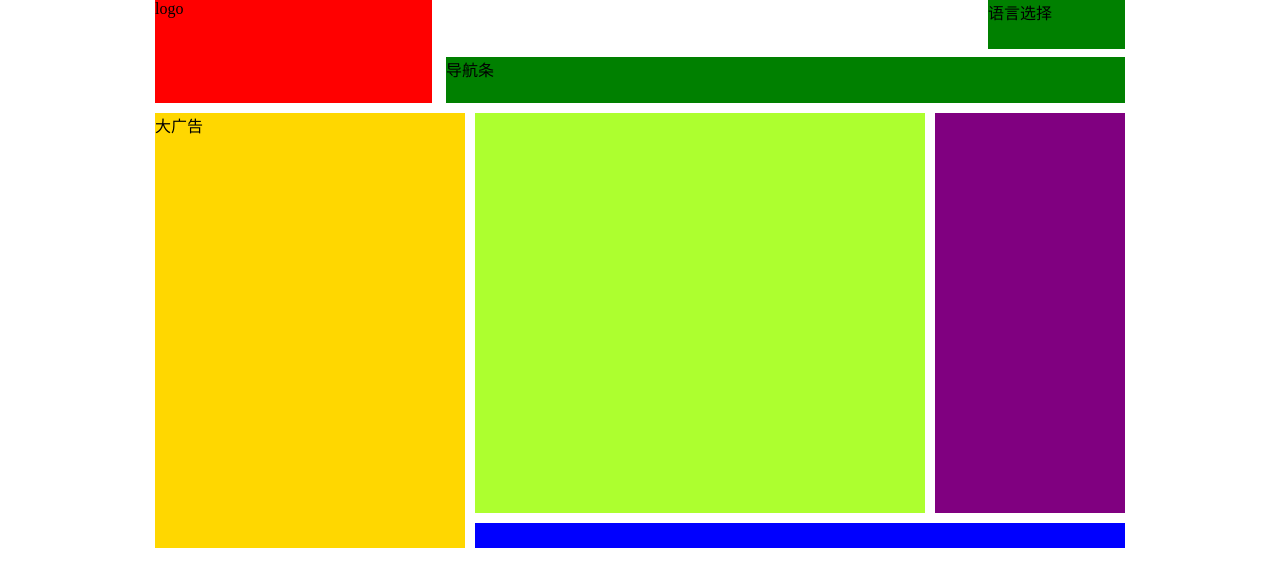
Repository: Germtao/Web
Page: web_css/css_浮动.html
The author's editor kept a copy of each file at every save. The page is drawn from the files as they stood at one save, then again after the next save.
The browser window is 1280 px wide. The pictures show the whole page.

Above is the page before, as saved 2020-10-30 10:37:17.

### web_css/css_浮动.html
<!DOCTYPE html>
<html lang="en">

<head>
  <meta charset="UTF-8">
  <meta name="viewport" content="width=device-width, initial-scale=1.0">
  <title>css-浮动</title>

  <!-- <style type="text/css">
    span {
      font-size: 100px;
    }
  </style> -->

  <!-- 行内元素和块级元素 -->
  <!-- 行内元素和块级元素的区别：
    行内元素：
      - 与其他行内元素并排
      - 不能设置宽、高。默认的宽度，就是文字的宽度
    块级元素：
      - 霸占一行，不能与其他任何元素并列
      - 能接受宽、高。如果不设置宽度，那么宽度将默认变为父亲的100%
   -->
  <!-- <style type="text/css">
    h1 {
      background-color: pink;
      width: 500px;
      height: 80px;
    }

    span {
      display: block;
      background: red;
      /* 设置无效 */
      width: 500px;
      height: 80px;
    }

    div {
      display: inline;
      background-color: pink;
      width: 500px;
      height: 80px;
    }
  </style> -->

  <!-- css中一共有三种手段，使一个元素脱离标准文档流：
    1. 浮动
    2. 绝对定位
    3. 固定定位
   -->
  <!-- <style type="text/css">
    .box1 {
      float: left;
      width: 200px;
      height: 200px;
      background-color: yellowgreen;
    }

    .box2 {

      width: 300px;
      height: 300px;
      background-color: skyblue;
    }
  </style> -->

  <!-- 性质2：浮动的元素互相贴靠 -->
  <!-- <style type="text/css">
    div {
      font-size: 100px;
    }

    .div1 {
      float: left;
      background-color: greenyellow;
      width: 200px;
      height: 300px;
    }

    .div2 {
      float: left;
      background-color: pink;
      width: 100px;
      height: 200px;
    }

    .div3 {
      float: left;
      background-color: skyblue;
      width: 300px;
      height: 300px;
    }
  </style> -->

  <!-- 性质3：浮动的元素有“字围”效果 -->
  <!-- <style type="text/css">
    div {
      float: left;
    }

    p {
      background-color: pink;
    }
  </style> -->

  <!-- 浮动的补充 -->
  <!-- <style type="text/css">
    * {
      margin: 0px;
      padding: 0px;
    }

    div {
      width: 400px;
      height: 400px;
      background-color: pink;
    }

    .para1 {
      float: left;
      width: 100px;
      height: 300px;
      background-color: blue;
    }

    .para2 {
      float: left;
      width: 250px;
      height: 300px;
      background-color: green;
    }
  </style> -->

  <style type="text/css">
    * {
      margin: 0px;
      padding: 0px;
    }

    .header {
      width: 970px;
      height: 103px;
      /* 居中 */
      margin: 0 auto;
    }

    .header .logo {
      float: left;
      width: 277px;
      height: 103px;
      background-color: red;
    }

    .header .language {
      float: right;
      width: 137px;
      height: 49px;
      background-color: green;
      margin-bottom: 8px;
    }

    .header .nav {
      float: right;
      width: 679px;
      height: 46px;
      background-color: green;
    }

    .content {
      width: 970px;
      height: 435px;
      margin: 0 auto;
      margin-top: 10px;
    }

    .content .banner {
      float: left;
      width: 310px;
      height: 435px;
      background-color: gold;
      margin-right: 10px;
    }

    .content .rightPart {
      float: left;
      width: 650px;
      height: 435px;
    }

    .content .rightPart .main {
      width: 650px;
      height: 400px;
      margin-bottom: 10px;
    }

    .content .rightPart .links {
      width: 650px;
      height: 25px;
      background-color: blue;
    }

    .content .rightPart .main .news {
      float: left;
      width: 450px;
      height: 400px;
      background-color: greenyellow;
    }

    .content .rightPart .main .hotpic {
      float: left;
      width: 190px;
      height: 400px;
      background-color: purple;
      margin-left: 10px;
    }
  </style>

</head>

<body>
  <!-- <p>
    哈哈
    <span>王者荣耀</span>
    哈哈哈哈哈哈哈
    <img src="http://img.smyhvae.com/20170729_1445.png" alt="">
    <img src="http://img.smyhvae.com/20170729_1502.png" alt="">
  </p> -->

  <!-- 行内元素和块级元素 -->
  <!-- <h1>内容1</h1>
  <h1>内容2</h1>

  <span>内容3</span>
  <span>内容4</span>

  <div>我是大标题</div> -->

  <!-- 浮动 -->
  <!-- <div class="box1"></div>
  <div class="box2"></div> -->

  <!-- 性质2：浮动的元素互相贴靠 -->
  <!-- <div class="div1">1</div>
  <div class="div2">2</div>
  <div class="div3">3</div> -->

  <!-- 性质3：浮动的元素有“字围”效果 -->
  <!-- <div>
    <img src="./img/倪妮.jpg">
  </div>
  <p>倪妮----xxxxxxxxxxxxxxxxxxxxxxxxxxxxxxxxxxxxxxxxxxxxxxxxxxxxxxxxxxxxxxxxxxxxxxxxxxxxxxxxxxxxxxxxxxxxxxxxxxxxxxxxxx
    xxxxxxxxxxxxxxxxxxxxxxxxxxxxxxxxxxxxxxxxxxxxxxxxxxxxxxxxxxxxxxxxxxxxxxxxxxxxxxxxxxxxxxxxxxxxxxxxxxxxxxxxxxxxxxxxx
    xxxxxxxxxxxxxxxxxxxxxxxxxxxxxxxxxxxxxxxxxxxxxxxxxxxxxxxxxxxxxxxxxxxxxxxxxxxxxxxxxxxxxxxxx
  </p> -->

  <!-- 浮动的补充 -->
  <!-- <div>
    <p class="para1">1</p>
    <p class="para2">2</p>
  </div> -->

  <!-- 头部 -->
  <div class="header">
    <div class="logo">logo</div>
    <div class="language">语言选择</div>
    <div class="nav">导航条</div>
  </div>

  <!-- 主要内容 -->
  <div class="content">
    <div class="banner">大广告</div>
    <div class="rightPart">
      <div class="main">
        <div class="news">
          <div class="news1"></div>
          <div class="news2"></div>
          <div class="news3"></div>
        </div>
        <div class="hotpic"></div>
      </div>
      <div class="links"></div>
    </div>
  </div>

  <!-- 页尾 -->
  <div class="footer"></div>
</body>

</html>

After the next save:
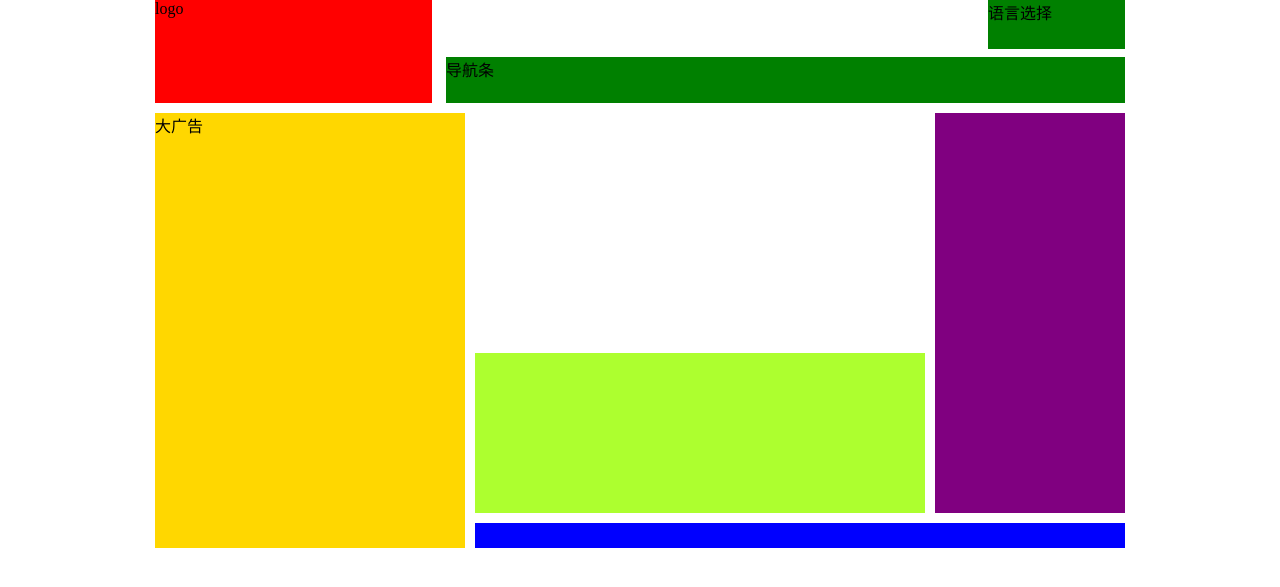
Saved 59 s later.
--- a/web_css/css_浮动.html
+++ b/web_css/css_浮动.html
@@ -213,6 +213,13 @@
       height: 400px;
       background-color: purple;
       margin-left: 10px;
+    }
+
+    .content .rightPart .main .news .news1 {
+      width: 450px;
+      height: 240px;
+      background-color: white;
+      margin-bottom: 10px;
     }
   </style>
 
